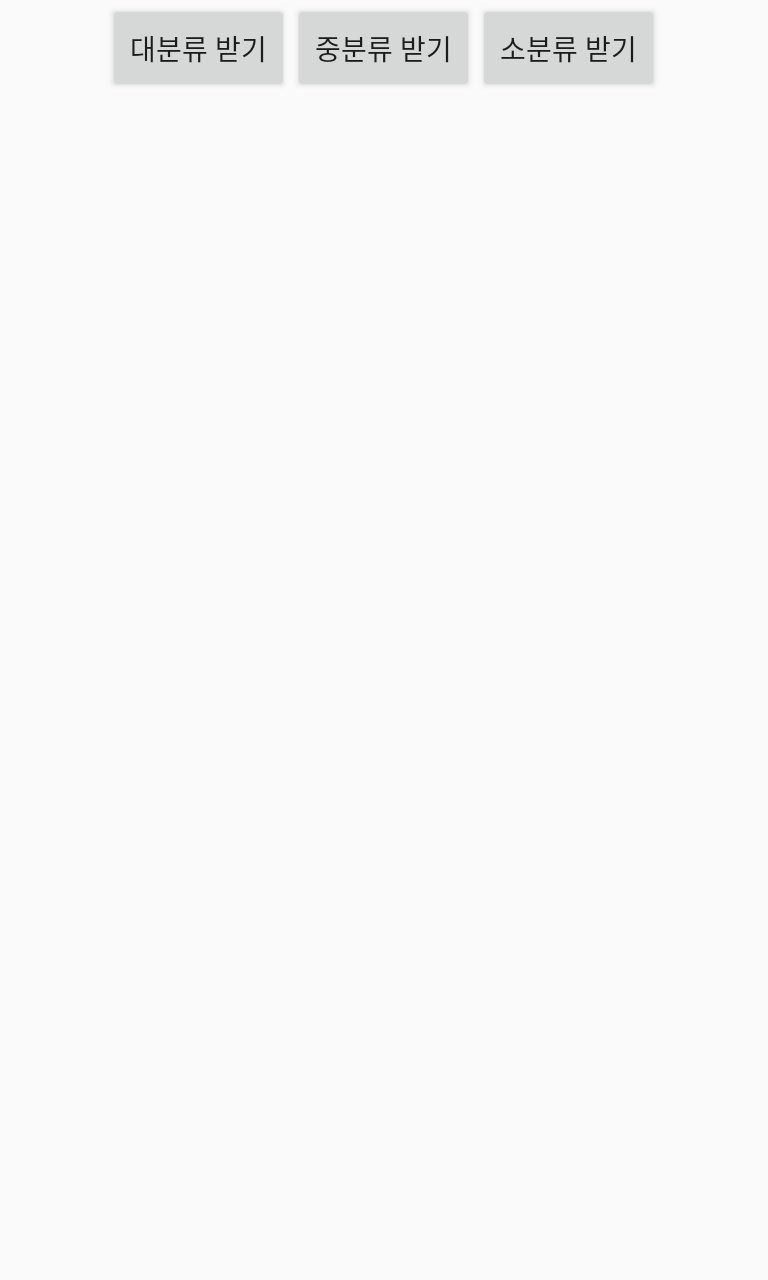
Repository: Jeonilju/rap
Layout: Android/RAP/res/layout/activity_iap_sample.xml
An editor plug-in stored every save of this project. The layout is shown before and after a run of saves, followed by the edit.
It is drawn on a 768 x 1280 px phone screen (xhdpi) without system bars, with theme AppTheme; the app's code is not run.

Above is the layout before, as saved 2015-07-12 02:46:26.

After the next 2 saves:
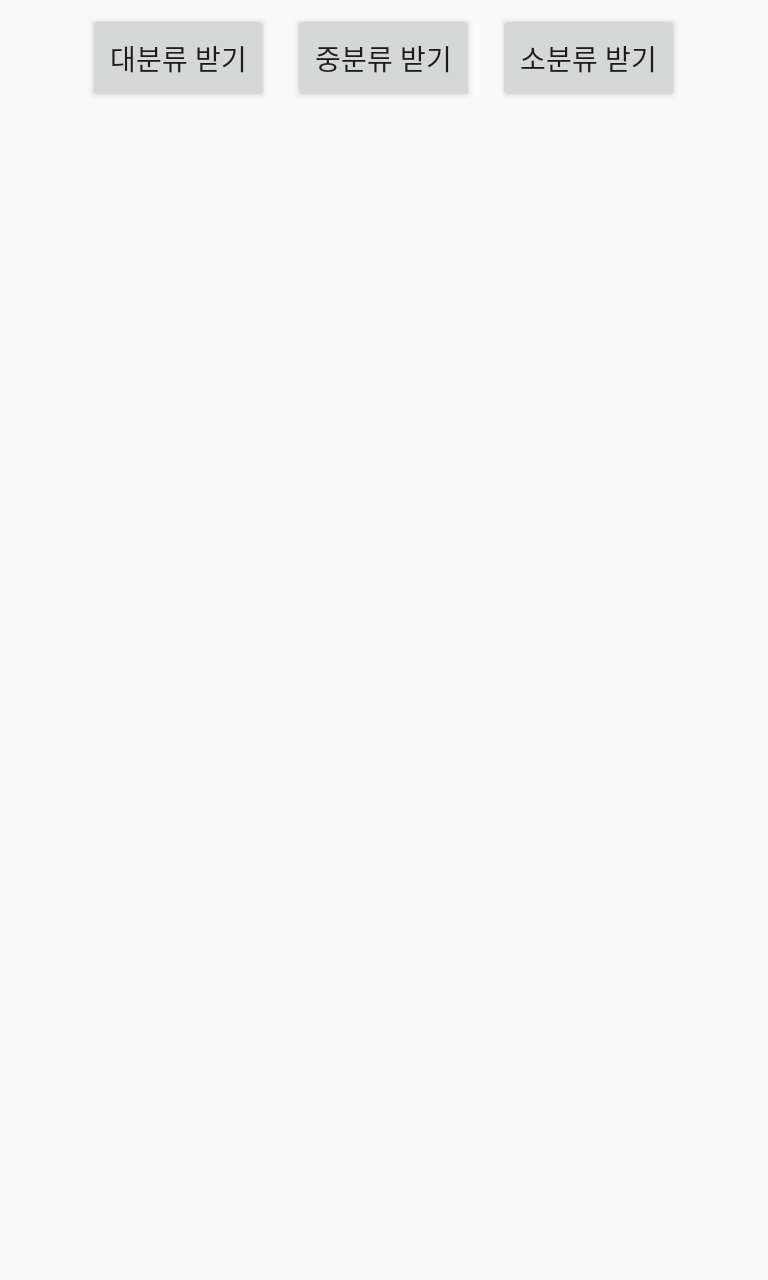
The 2 saves are shown as one change because they came seconds apart.
The last was saved 13 s later.
--- a/Android/RAP/res/layout/activity_iap_sample.xml
+++ b/Android/RAP/res/layout/activity_iap_sample.xml
@@ -13,18 +13,21 @@
             android:id="@+id/iap_btn1"
             android:layout_width="wrap_content"
             android:layout_height="wrap_content"
+            android:layout_margin="5dp"
             android:text="대분류 받기"/>
 
         <Button
             android:id="@+id/iap_btn2"
             android:layout_width="wrap_content"
             android:layout_height="wrap_content"
+            android:layout_margin="5dp"
             android:text="중분류 받기"/>
 
         <Button
             android:id="@+id/iap_btn3"
             android:layout_width="wrap_content"
             android:layout_height="wrap_content"
+            android:layout_margin="5dp"
             android:text="소분류 받기"/>
 
     </LinearLayout>
